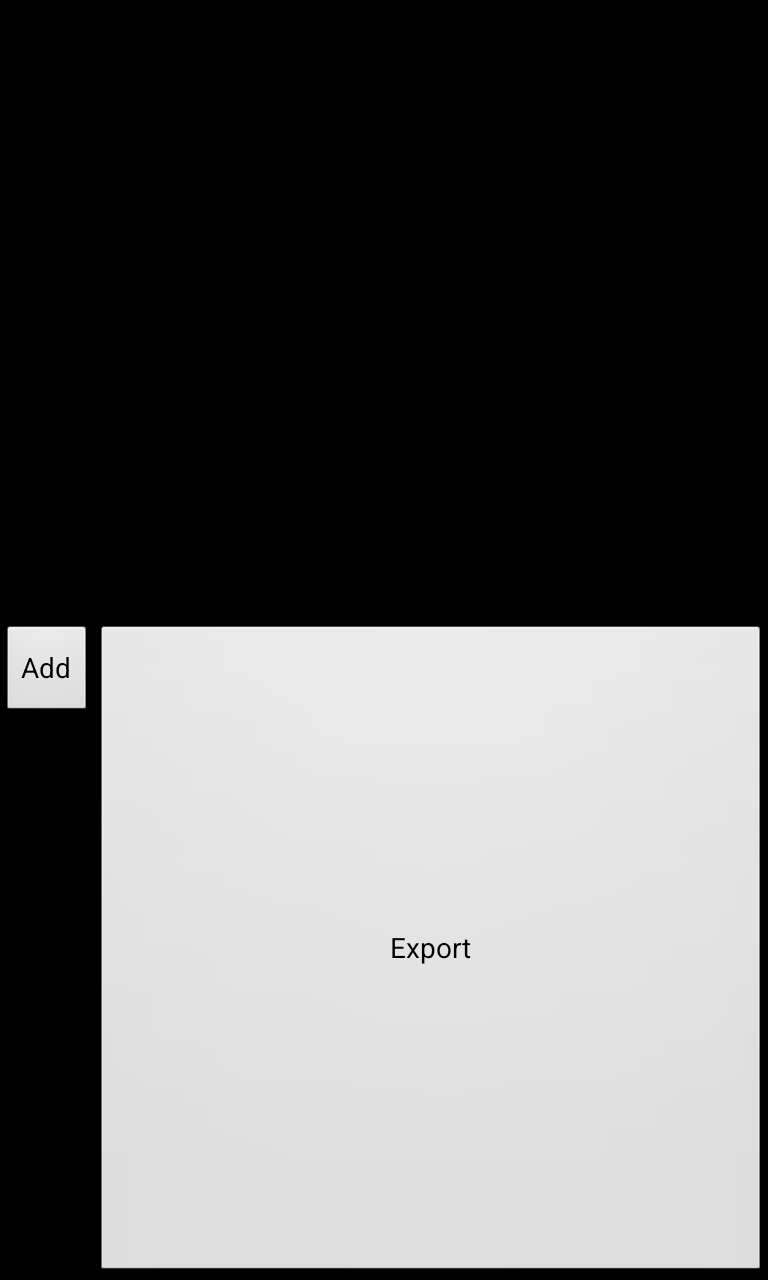
Repository: codingricky/android-expense-it
Layout: expenseit/res/layout/receipt.xml
The author's editor kept a copy of each file at every save. The layout is drawn from the files as they stood at one save, then again after a run of saves.
It is drawn on a 768 x 1280 px phone screen (xhdpi) without system bars, with theme android:Theme; the app's code is not run. Lists and similar views that code fills are empty.

Above is the layout before, as saved 2012-04-29 00:25:13.

After the next 2 saves:
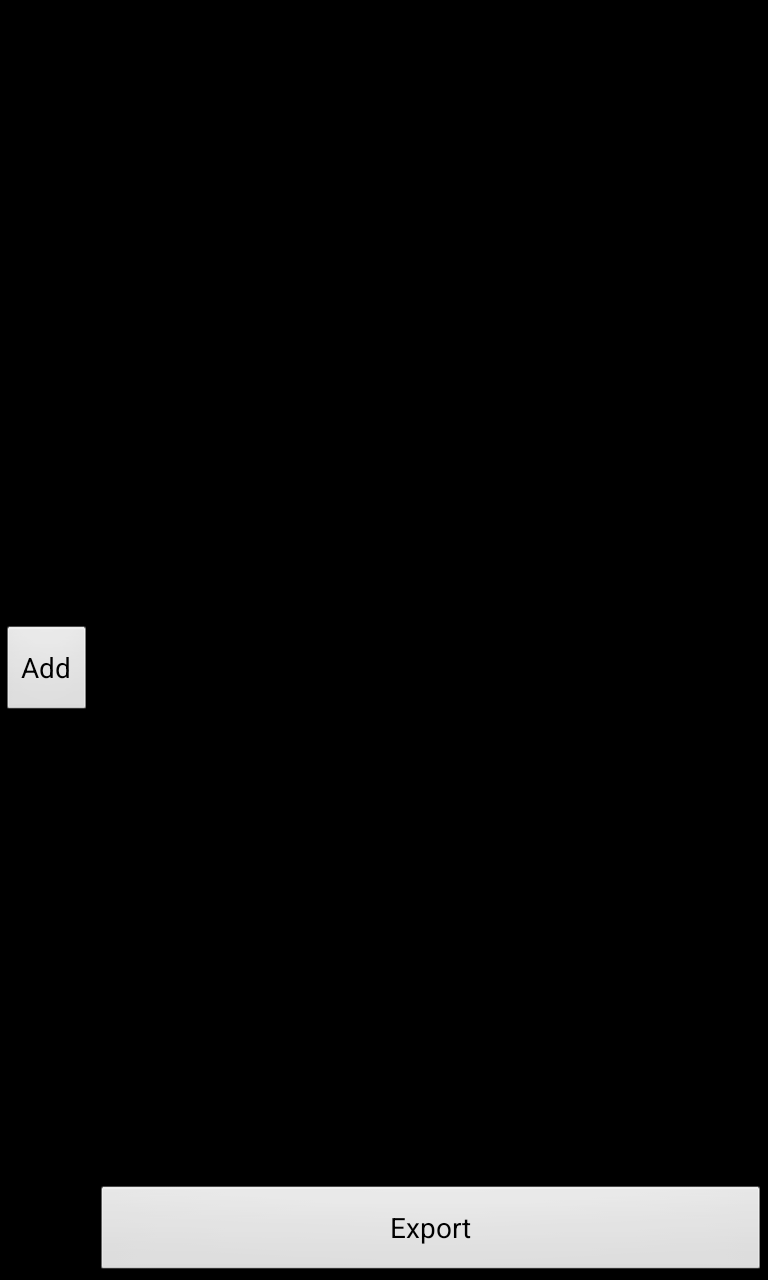
The 2 saves are shown as one change because they came seconds apart.
The last was saved 2 min 14 s later.
--- a/expenseit/res/layout/receipt.xml
+++ b/expenseit/res/layout/receipt.xml
@@ -12,16 +12,6 @@
     </ListView>
 
     <Button
-        android:id="@+id/exportReceiptsButton"
-        android:layout_width="wrap_content"
-        android:layout_height="wrap_content"
-        android:layout_alignParentBottom="true"
-        android:layout_alignParentRight="true"
-        android:layout_below="@id/list"
-        android:layout_toRightOf="@id/addReceiptButton"
-        android:text="Export" />
-
-    <Button
         android:id="@+id/addReceiptButton"
         android:layout_width="wrap_content"
         android:layout_height="wrap_content"
@@ -29,4 +19,13 @@
         android:layout_below="@+id/list"
         android:text="Add" />
 
+    <Button
+        android:id="@+id/exportReceiptsButton"
+        android:layout_width="wrap_content"
+        android:layout_height="wrap_content"
+        android:layout_alignParentBottom="true"
+        android:layout_alignParentRight="true"
+        android:layout_toRightOf="@+id/addReceiptButton"
+        android:text="Export" />
+
 </RelativeLayout>

After the save that followed:
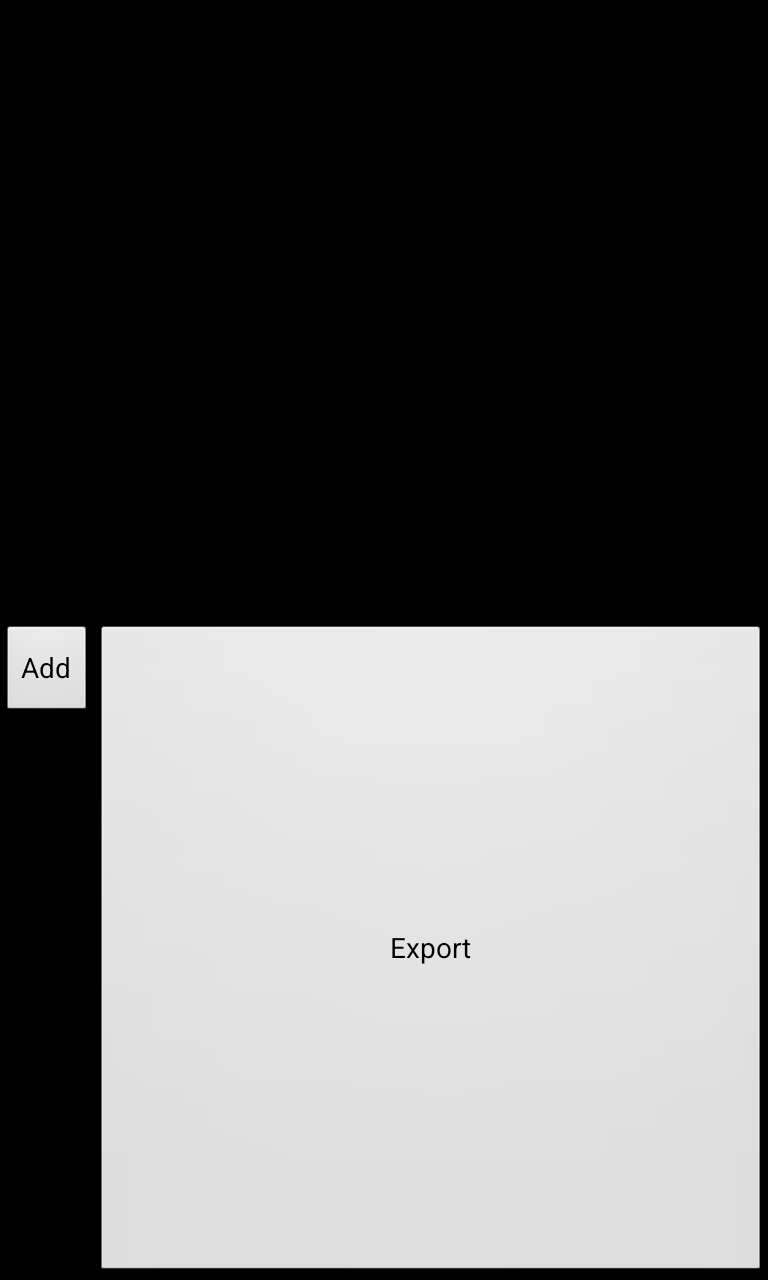
Saved 2 min 3 s later.
--- a/expenseit/res/layout/receipt.xml
+++ b/expenseit/res/layout/receipt.xml
@@ -25,6 +25,7 @@
         android:layout_height="wrap_content"
         android:layout_alignParentBottom="true"
         android:layout_alignParentRight="true"
+                android:layout_alignTop="@+id/addReceiptButton"
         android:layout_toRightOf="@+id/addReceiptButton"
         android:text="Export" />
 
